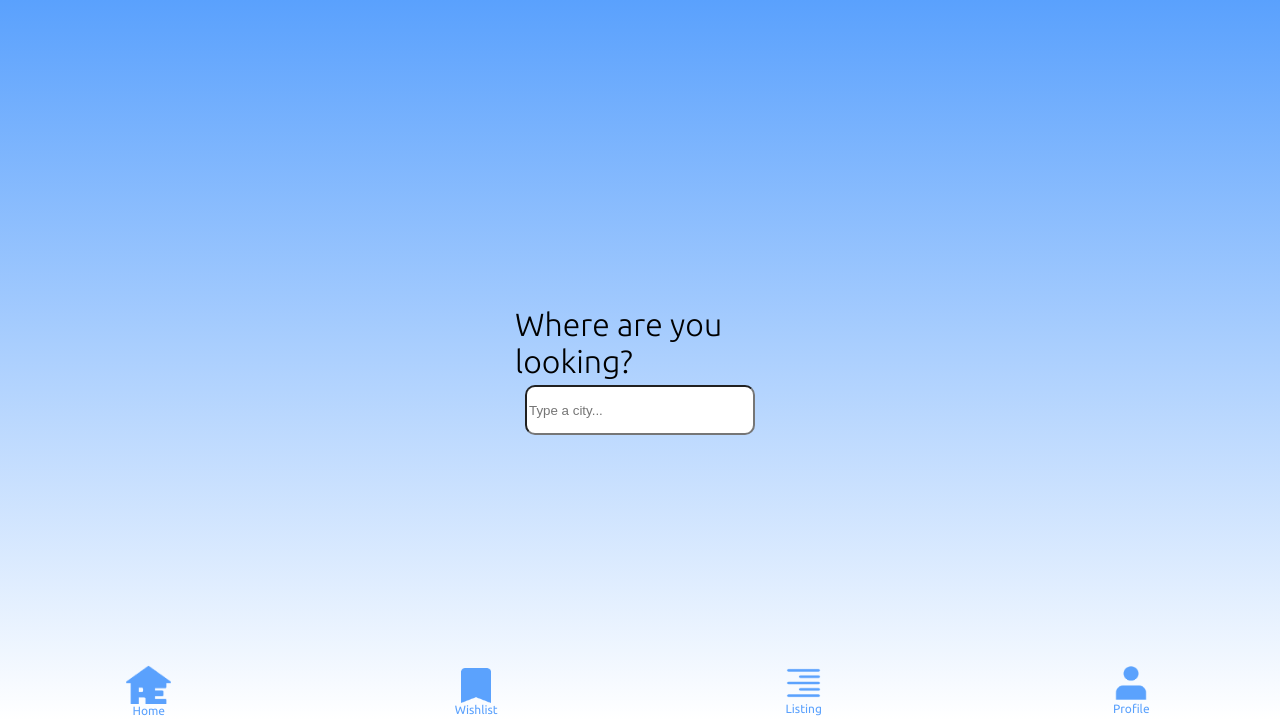
Repository: msyukurrr/realeasy
Page: /listing
These files come from the project's save history. The page is drawn as it stood at one moment and after a run of saves; the edit follows.
The browser window is 1280 px wide. The pictures show the whole page.
The project was rebuilt for these pictures with package versions that can differ from the ones it lists, and the page was loaded fresh each time. The framework's server and built-in components were replaced by stand-ins that run in the browser. Also part of the build but not shown: next.config.js.

Above is the page before, as saved 2023-01-27 20:05:19.

After the next 2 saves:
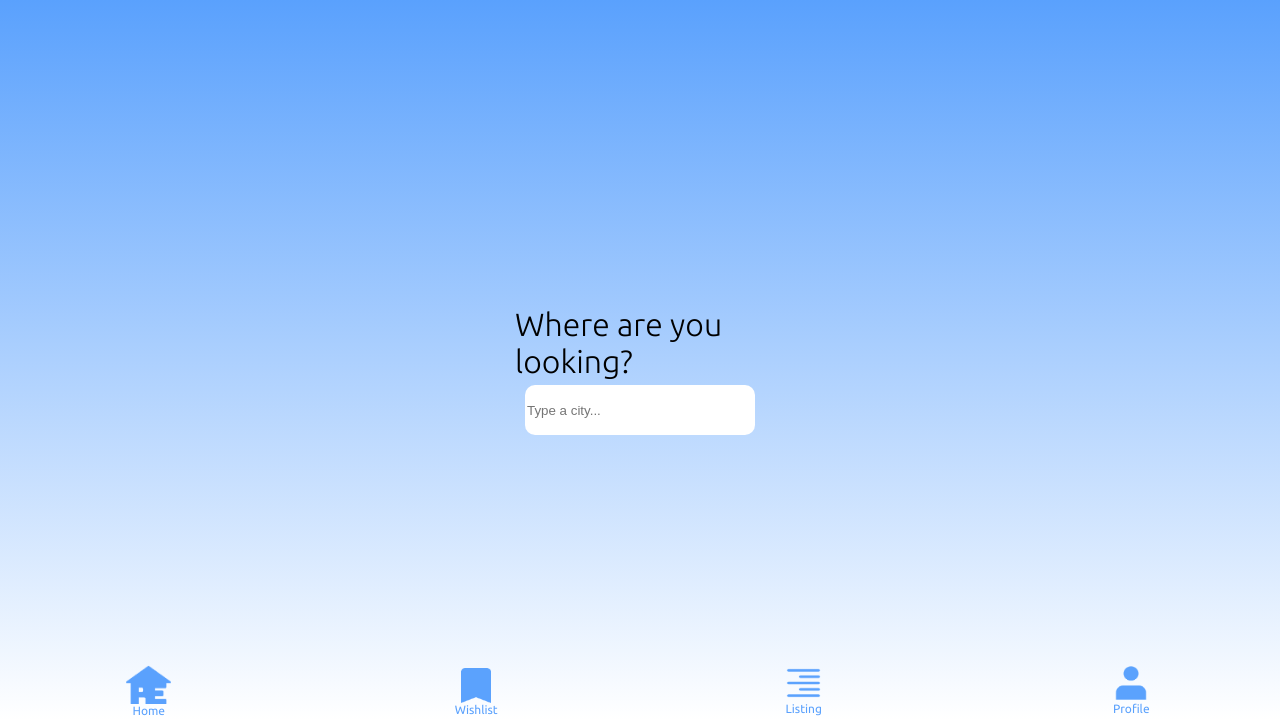
The 2 saves are shown as one change because 1 did not build or start.
The last was saved 17 s later.
--- a/pages/listing.js
+++ b/pages/listing.js
@@ -9,7 +9,7 @@ export default function Listing(){
 
         <Heading headingtxt="Where are you looking?"/>
 
-        <input placeholder="Type a city..." style={{width:230, height:50, borderRadius:10, backgroundColor:"white"}}></input>
+        <input placeholder="Type a city..." style={{width:230, height:50, borderRadius:10, backgroundColor:"white", border:'transparent'}}></input>
 
 
 
